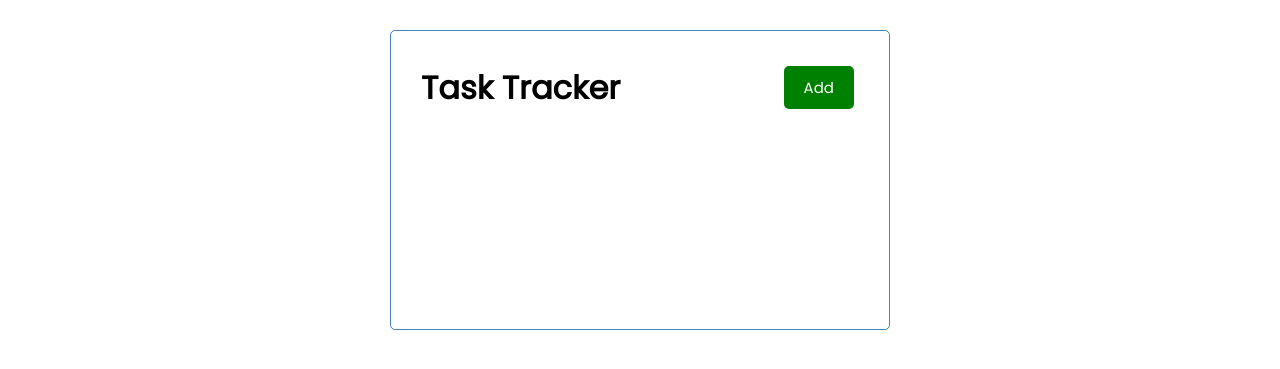
Repository: OdellPurifoy/task-tracker
Page: /
The author's editor kept a copy of each file at every save. The page is drawn from the files as they stood at one save, then again after the next save.
The browser window is 1280 px wide. The pictures show the whole page.
The project was rebuilt for these pictures with package versions that can differ from the ones it lists, and the page was loaded fresh each time.

Above is the page before, as saved 2022-07-26 19:25:01.

After the next save:
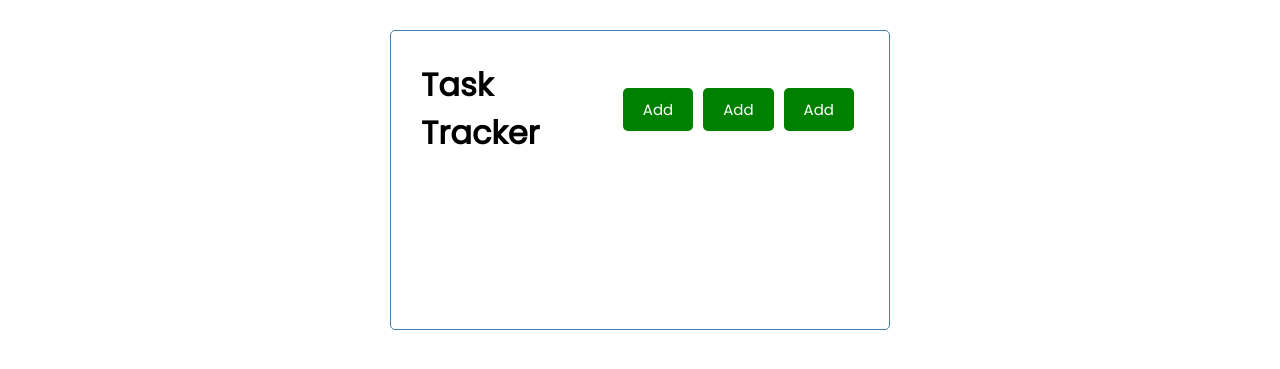
Saved 87 s later.
--- a/src/components/Header.js
+++ b/src/components/Header.js
@@ -5,7 +5,9 @@
   return (
     <header className='header'>
         <h1>{title}</h1>
-        <Button color={'green'} text={'Add'}/>
+        <Button color='green' text='Add'/>
+        <Button color='green' text='Add'/>
+        <Button color='green' text='Add'/>
     </header>
   )
 }

After the save that followed:
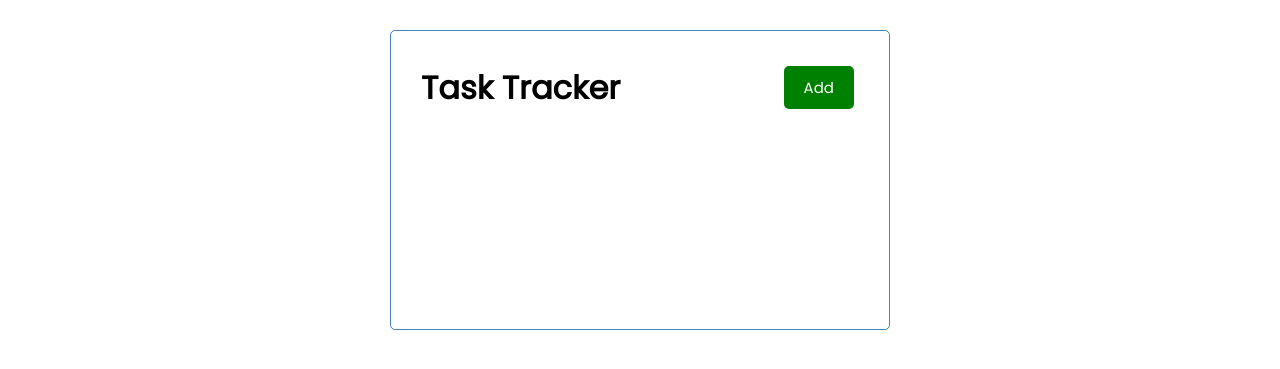
Saved 44 s later.
--- a/src/components/Header.js
+++ b/src/components/Header.js
@@ -5,8 +5,6 @@
   return (
     <header className='header'>
         <h1>{title}</h1>
-        <Button color='green' text='Add'/>
-        <Button color='green' text='Add'/>
         <Button color='green' text='Add'/>
     </header>
   )
